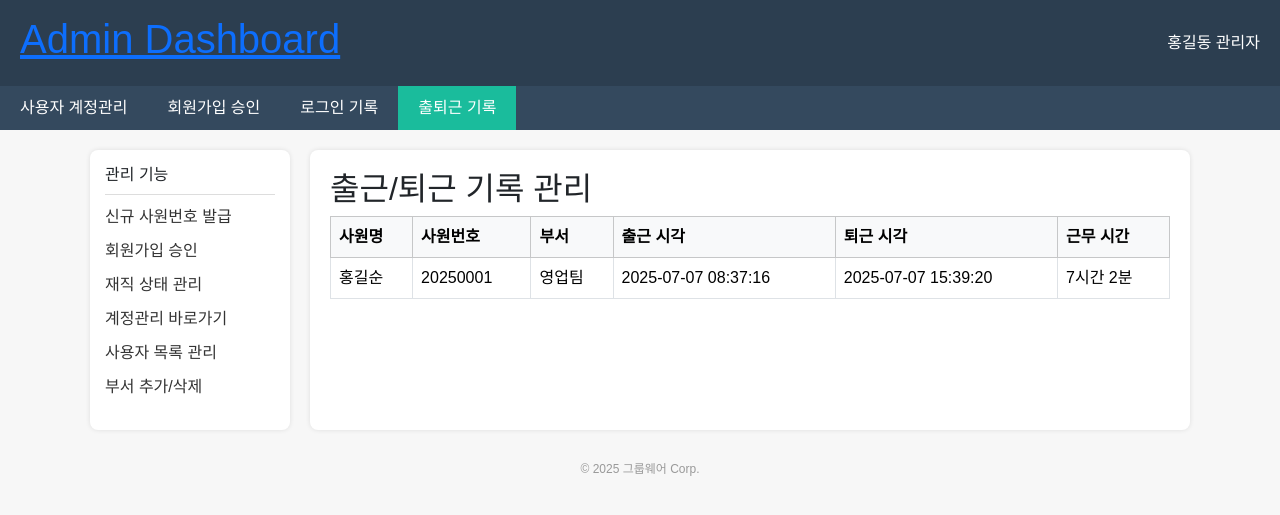
Repository: hyunbin7664/web-java-workspace
Page: groupware/src/main/webapp/admin_attendance_log.html
An editor plug-in stored every save of this project. The page is shown before and after the next save, followed by the edit.
The browser window is 1280 px wide. The pictures show the whole page.

Above is the page before, as saved 2025-07-07 08:16:10.

After the next save:
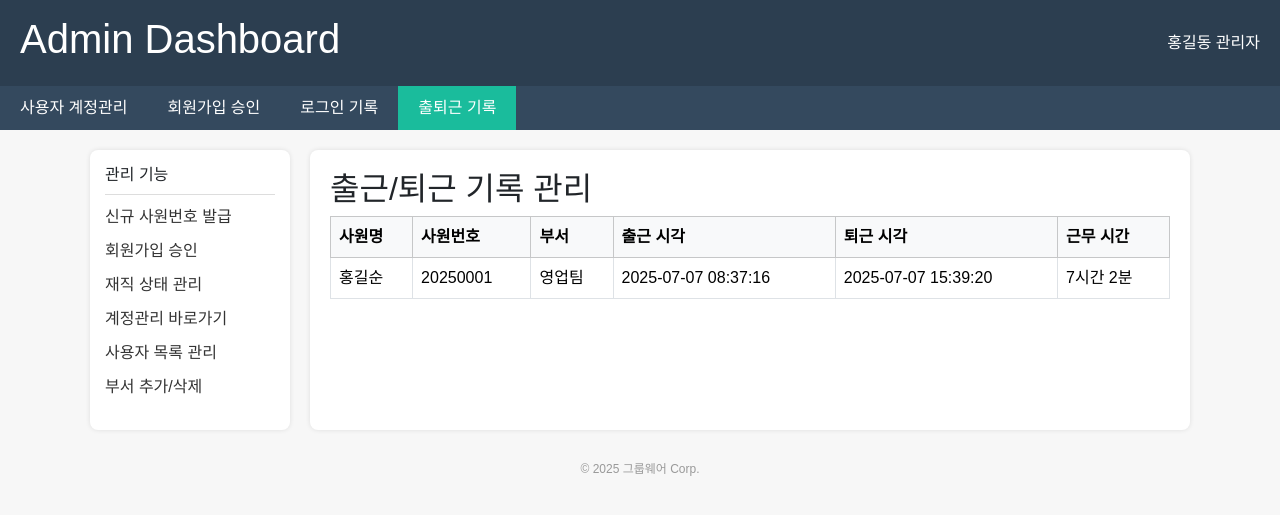
Saved 39 s later.
--- a/groupware/src/main/webapp/admin_attendance_log.html
+++ b/groupware/src/main/webapp/admin_attendance_log.html
@@ -97,7 +97,7 @@ footer {
 <body>
 	<header>
 		<h1>
-			<a href="admin_dashboard.html">Admin Dashboard</a>
+			<a href="admin_dashboard.html" style="text-decoration: none; color: inherit;">Admin Dashboard</a>
 		</h1>
 		<div>홍길동 관리자</div>
 	</header>
